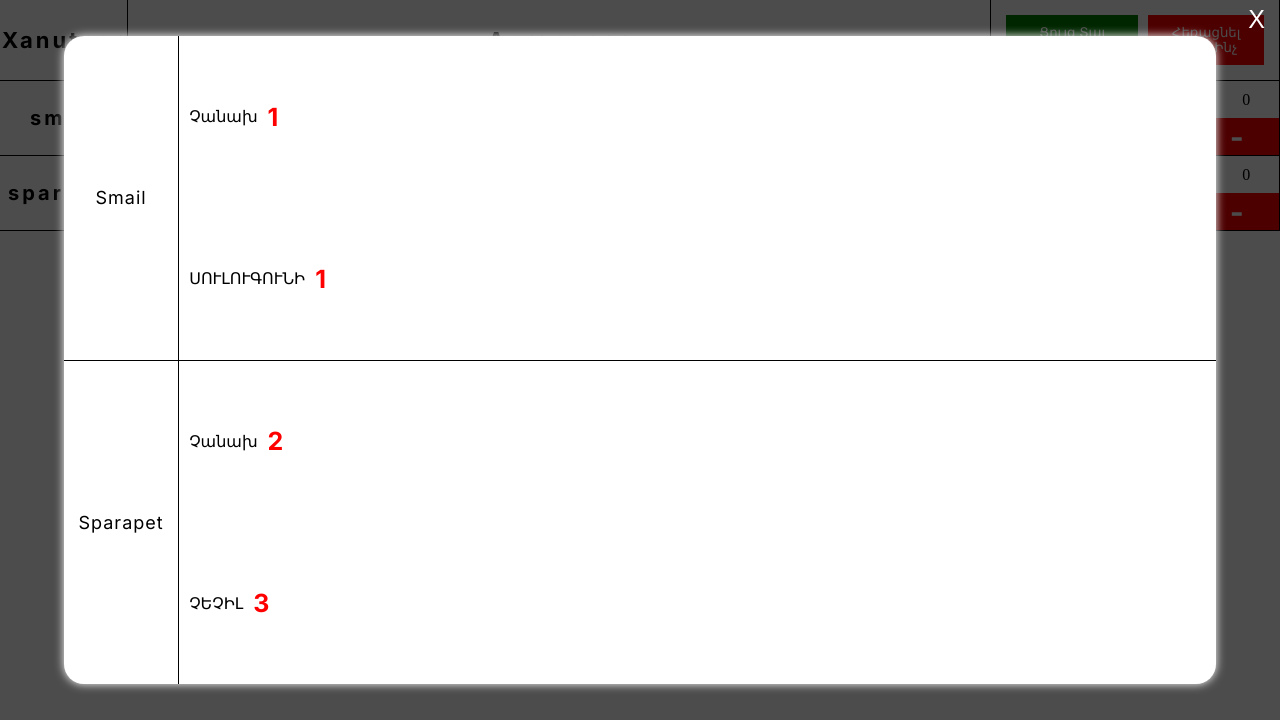
Repository: AbApin/amasia
Page: /
These files come from the project's save history. The page is drawn as it stood at one moment and after a run of saves; the edit follows.
The browser window is 1280 px wide. The pictures show the whole page.
The project was rebuilt for these pictures with package versions that can differ from the ones it lists, and the page was loaded fresh each time. Also part of the build but not shown: vue.config.js.

Above is the page before, as saved 2023-01-28 17:21:56.

After the next 2 saves:
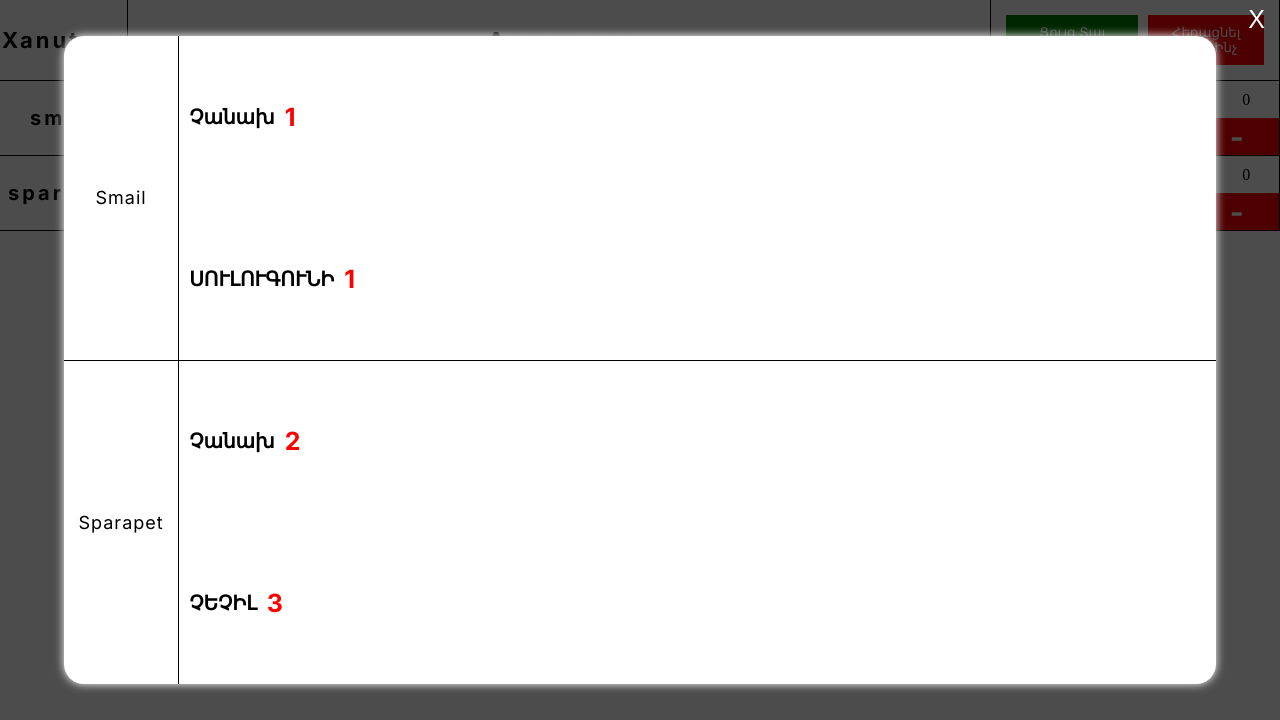
The 2 saves are shown as one change because they came seconds apart.
The last was saved 36 s later.
--- a/src/App.vue
+++ b/src/App.vue
@@ -312,6 +312,10 @@ ul {
   font-family: 'Inter';
   font-weight: 700;
 }
+.endhanurApranqneriListItemAnun {
+  font-weight: bold;
+  font-size: 20px;
+}
 .closeBtn {
   display: inline-block;
   color: #fff;
